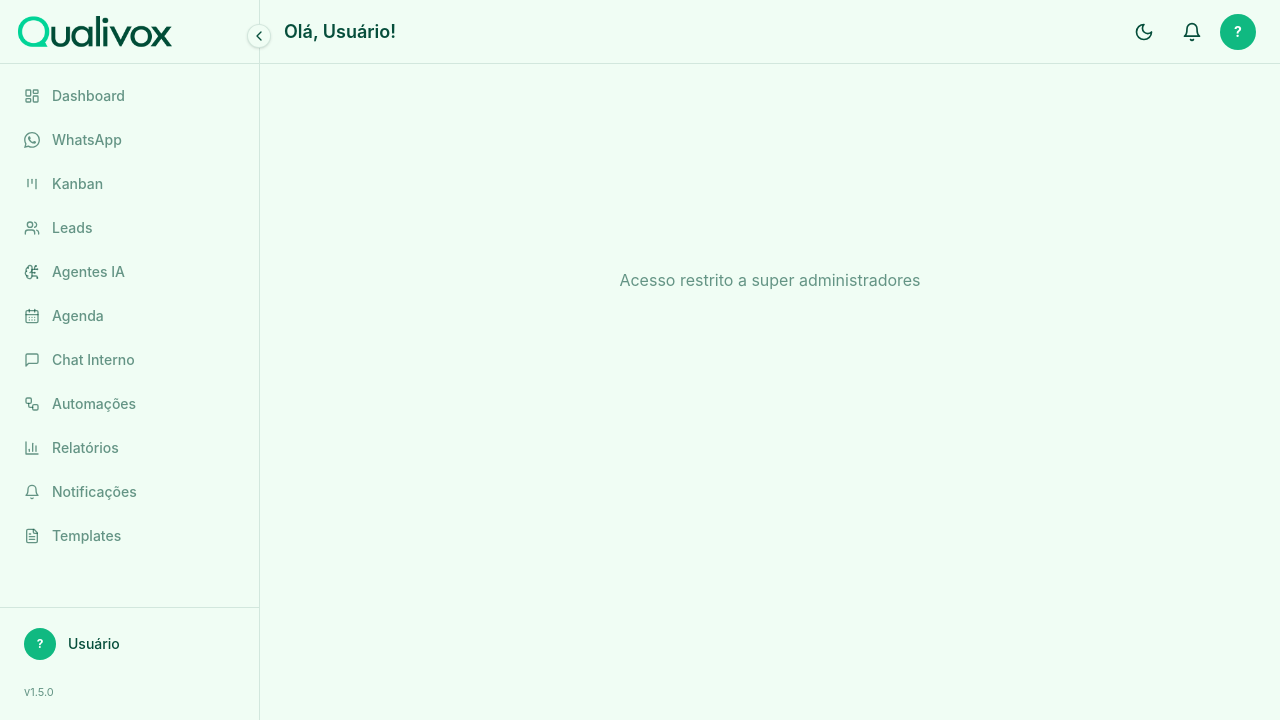
Repository: agclickon/qualivox
Page: /admin
These files come from the project's save history. The page is drawn as it stood at one moment and after the next save; the edit follows.
The browser window is 1280 px wide. The pictures show the whole page.
The page's requests for data from a server got no answer. The project was rebuilt for these pictures with package versions that can differ from the ones it lists, and the page was loaded fresh each time. The framework's server and built-in components were replaced by stand-ins that run in the browser. No one was signed in, and anything a server would have sent is missing. Also part of the build but not shown: next.config.js, src/components/ui/tooltip.tsx, src/components/layout/breadcrumbs.tsx, src/components/plan-usage-banner.tsx, src/components/ui/card.tsx, src/components/ui/tabs.tsx, src/components/ui/input.tsx, src/components/ui/label.tsx and 1 more.

Above is the page before, as saved 2026-04-13 12:57:32.

After the next save:
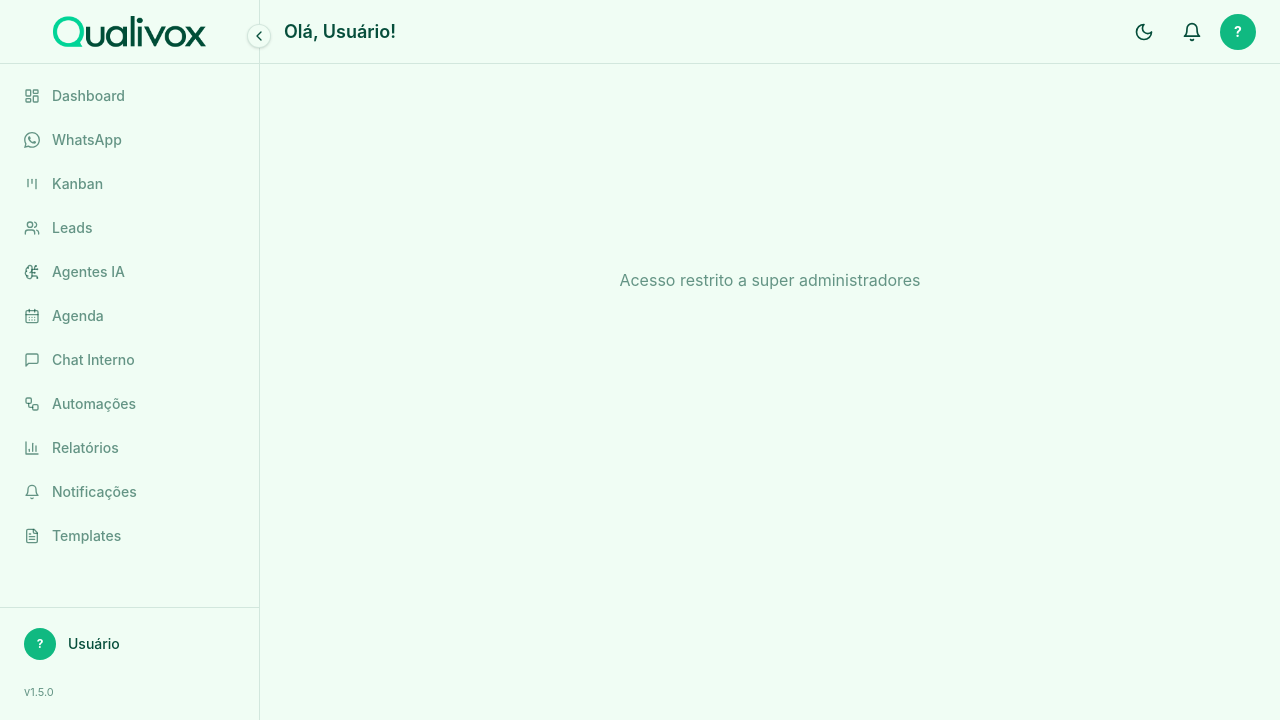
Saved 5 min 54 s later.
--- a/src/components/layout/sidebar.tsx
+++ b/src/components/layout/sidebar.tsx
@@ -80,9 +80,9 @@
   const renderSidebarContent = (isCollapsed: boolean, showCloseButton = false) => (
     <>
       {/* Logo */}
-      <div className={cn("flex h-16 items-center border-b px-4", isCollapsed ? "justify-center" : "justify-between")}
+      <div className={cn("flex h-16 items-center border-b px-4", "justify-center")}
         >
-        <div className={cn("flex items-center gap-2", isCollapsed && "justify-center")}
+        <div className={cn("flex items-center justify-center", isCollapsed ? "h-9 w-9" : "w-full")}
         >
           {isCollapsed ? (
             // Simbolo quando recolhido
